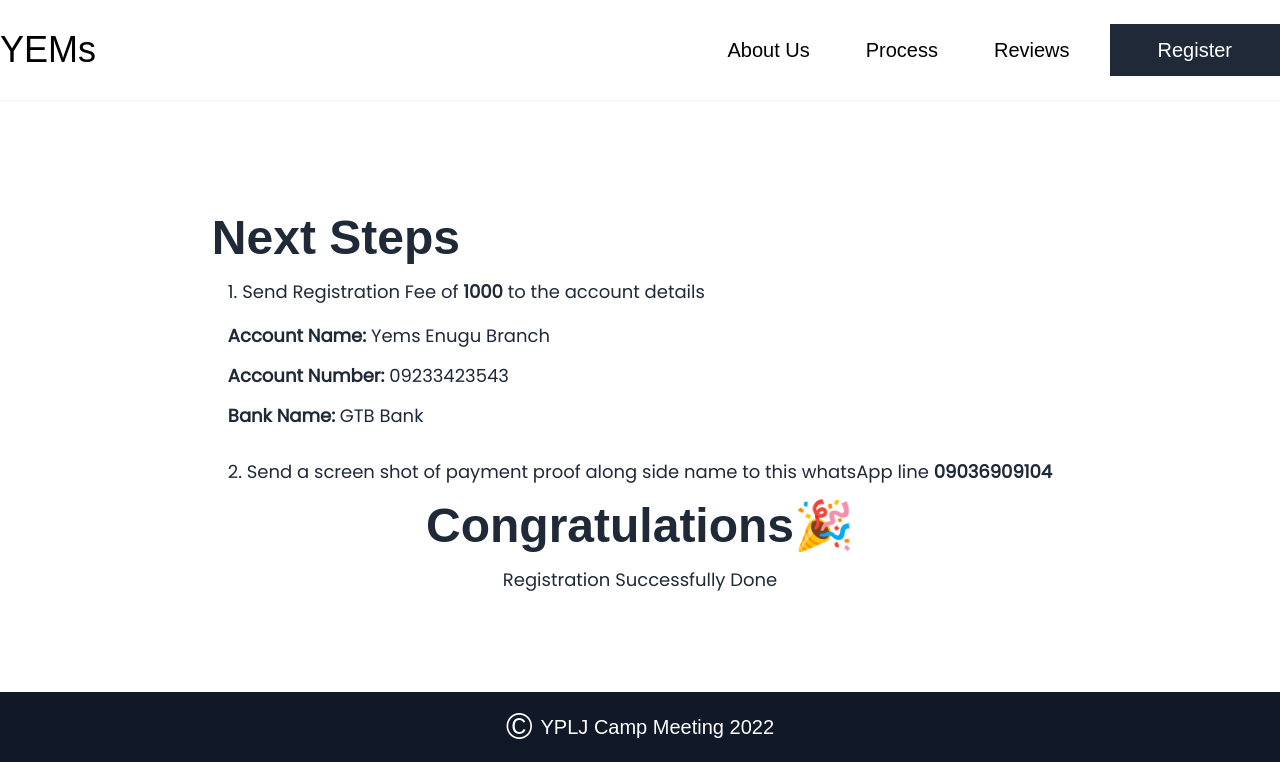
Repository: Ifenna-Pascal/user-camp-onboarding
Page: /dashboard
These files come from the project's save history. The page is drawn as it stood at one moment and after the next save; the edit follows.
The browser window is 1280 px wide. The pictures show the whole page.
Some web fonts or font styles are not loaded; a fallback is used. The project was rebuilt for these pictures with package versions that can differ from the ones it lists, and the page was loaded fresh each time. The framework's server and built-in components were replaced by stand-ins that run in the browser. Also part of the build but not shown: next.config.js.

Above is the page before, as saved 2022-11-27 08:22:54.

### pages/_app.js
import Mainlayout from "../components/layout";
import "../styles/globals.css";
import "remixicon/fonts/remixicon.css";

function MyApp({ Component, pageProps }) {
  return (
    <Mainlayout>
      <Component {...pageProps} />
    </Mainlayout>
  );
}

export default MyApp;

### pages/dashboard.jsx
import React from "react";

function Dashboard() {
  return (
    <div className="min-h-[80vh] flex  flex-col items-center justify-center">
      <div>
        <h1 className="text-gray-800 text-center pt-4 lg:text-left text-2xl lg:text-5xl font-semibold font-sono block ">
          Next Steps{" "}
        </h1>
        <p className="block text-base  lg:text-lg text-left px-4 font-poppins text-gray-800 leading-[30px] py-2 lg:py-4">
          1. Send Registration Fee of <strong>1000</strong> to the account
          details
        </p>
        <div className="px-4">
          <p className="block text-base  lg:text-lg text-left pb-3 font-poppins text-gray-800 leading-[30px]">
            <b>Account Name:</b> Yems Enugu Branch
          </p>
          <p className="block text-base  lg:text-lg text-left pb-3 font-poppins text-gray-800 leading-[30px]">
            <b>Account Number:</b> 09233423543
          </p>
          <p className="block text-base  lg:text-lg text-left pb-3 font-poppins text-gray-800 leading-[30px]">
            <b>Bank Name:</b> GTB Bank
          </p>
        </div>
        <p className="block text-base  lg:text-lg text-left px-4 font-poppins text-gray-800 leading-[30px] py-2 lg:py-4">
          2. Send a screen shot of payment proof along side name to this
          whatsApp line{" "}
          <strong>
            <a href="">09036909104</a>
          </strong>
        </p>
      </div>
      <h1 className="text-gray-800 text-center lg:text-left text-2xl lg:text-5xl font-semibold font-sono block ">
        Congratulations🎉
      </h1>
      <p className="block text-base  lg:text-lg text-center font-poppins text-gray-800 leading-[30px] py-2 lg:py-4">
        Registration Successfully Done
      </p>
    </div>
  );
}

export default Dashboard;

### components/layout/index.jsx
import React from "react";
import Footer from "./Footer";
import Nav from "./Nav";

function Mainlayout({ children }) {
  return (
    <div className="relative">
      <Nav />
      <main>{children}</main>
      <Footer />
    </div>
  );
}

export default Mainlayout;

### styles/globals.css
@import url('https://fonts.googleapis.com/css2?family=Poppins&family=Sono:wght@400;500&display=swap');
@import url('https://fonts.googleapis.com/css2?family=Montserrat&family=Source+Sans+Pro&display=swap');

* {
  padding: 0;
  margin: 0;
  box-sizing: border-box;
  scroll-behavior: smooth;
}

html,
body {
  padding: 0;
  margin: 0;
  font-family: -apple-system, BlinkMacSystemFont, Segoe UI, Roboto, Oxygen,
    Ubuntu, Cantarell, Fira Sans, Droid Sans, Helvetica Neue, sans-serif;
}

a {
  color: inherit;
  text-decoration: none;
}

* {
  box-sizing: border-box;
}

@media (prefers-color-scheme: dark) {
  html {
    color-scheme: dark;
  }
  body {
    color: white;
    background: black;
  }
}

@tailwind base;
@tailwind components;
@tailwind utilities;

### components/layout/Footer.jsx
import React from "react";

function Footer() {
  return (
    <div className="bg-gray-900 w-full h-[70px]  flex items-center justify-center">
      <p className="text-center flex items-center text-white font-sono text-xl">
        {" "}
        <span className="text-4xl mr-2">&copy;</span> YPLJ Camp Meeting 2022{" "}
      </p>
    </div>
  );
}

export default Footer;

### components/layout/Nav.jsx
import Link from "next/link";
import { useRouter } from "next/router";
import React, { useState } from "react";
import Button from "../general/Button";
import NavLink from "../general/NavLink";

function Nav() {
  const [show, setShow] = useState(false);
  const router = useRouter();
  const toggle = () => {
    setShow(!show);
  };
  return (
    <div className="lg:sticky  top-0 w-full shadow-sm mb-4 z-50 px-6 lg:px-0 bg-white">
      <nav className="w-full lg:py-6 py-5 flex items-center  lg:max-w-[1450px] lg:mx-auto justify-between">
        <Link href="/">
          {" "}
          <h1 className="font-sono text-2xl lg:text-4xl ">YEMs</h1>
        </Link>
        <ul className="lg:flex items-center hidden justify-between">
          <NavLink href="/#home" name="About Us" />
          <NavLink href="/#process" name="Process" />
          <NavLink href="/#reviews" name="Reviews" />
          <Link href="/register">
            <Button text="Register" />
          </Link>
        </ul>
        <button
          className='block md:hidden className="w-full px-2 py-1 rounded-lg text-AP-grey-200 hover:text-AP-blue-200 border-AP-grey-200 hover:border-AP-blue-400'
          onClick={toggle}
        >
          <i
            className={`${
              !show ? "ri-menu-3-fill duration-500" : "ri-close-line"
            } text-2xl text-gray-800`}
          />
        </button>
      </nav>
      <div
        className={`flex lg:hidden ${
          show
            ? "flex duration-500  flex-col items-center space-y-8 pt-2 "
            : "hidden"
        }`}
      >
        <NavLink href="/#home" name="About Us" />
        <NavLink href="/#process" name="Process" />
        <NavLink href="/#reviews" name="Reviews" />
        {/* {router.pathname !== "/register" && (
          <Link href="/register">
            <Button text="Register" onClick={() => setShow(false)} />
          </Link>
        )} */}
      </div>
    </div>
  );
}

export default Nav;

### components/general/Button.jsx
import React from "react";

function Button({ text, ...rest }) {
  return (
    <button
      className="bg-gray-800 px-12 py-3 hover:bg-white hover:text-black hover:border hover:border-black duration-500 hover:ease-in-out text-white font-sono text-xl"
      {...rest}
    >
      {text}
    </button>
  );
}

export default Button;

### components/general/NavLink.jsx
import Link from "next/link";
import React from "react";

function NavLink({ href, name }) {
  return (
    <Link href={href}>
      <span className="text-black px-4 text-xl font-sono mr-6 font-500">
        {name}
      </span>
    </Link>
  );
}

export default NavLink;

### tailwind.config.js
/** @type {import('tailwindcss').Config} */
module.exports = {
  content: [
    "./pages/**/*.{js,ts,jsx,tsx}",
    "./components/**/*.{js,ts,jsx,tsx}",
  ],

  theme: {
    extend: {
      fontFamily: {
        sono: ["Sono", "sans-serif"],
        poppins: ["Poppins", "sans-serif"],
        montserat: ["Montserrat", "sans-serif"],
      },
    },
  },
  plugins: [],
};

After the next save:
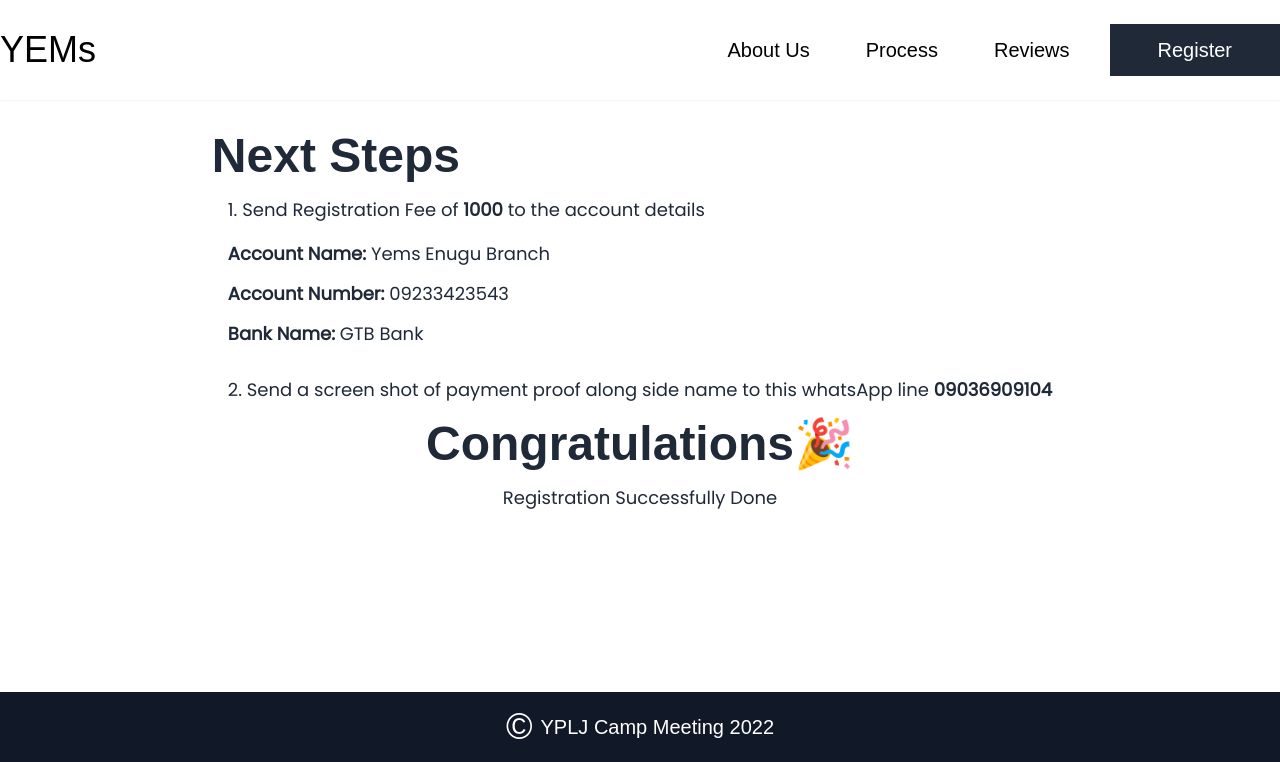
Saved 11 s later.
--- a/pages/dashboard.jsx
+++ b/pages/dashboard.jsx
@@ -2,7 +2,7 @@ import React from "react";
 
 function Dashboard() {
   return (
-    <div className="min-h-[80vh] flex  flex-col items-center justify-center">
+    <div className="min-h-[80vh] flex  flex-col items-center ">
       <div>
         <h1 className="text-gray-800 text-center pt-4 lg:text-left text-2xl lg:text-5xl font-semibold font-sono block ">
           Next Steps{" "}
